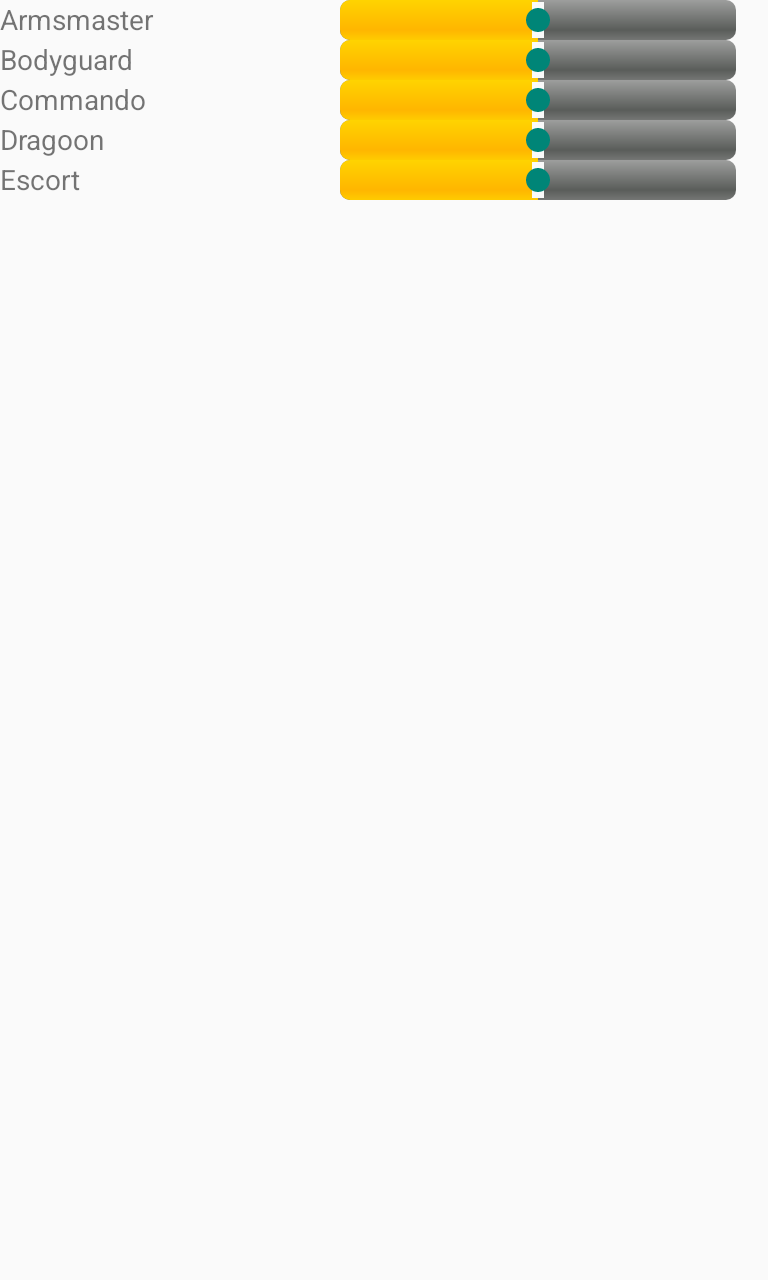
Repository: bryanpope/TARR
Layout: workspace/helloworld/res/layout/activity_hello_world.xml
The author's editor kept a copy of each file at every save. The layout is drawn from the files as they stood at one save, then again after the next save.
It is drawn on a 768 x 1280 px phone screen (xhdpi) without system bars, with theme AppTheme; the app's code is not run.

Above is the layout before, as saved 2014-06-01 20:24:49.

### workspace/helloworld/res/layout/activity_hello_world.xml
<LinearLayout xmlns:android="http://schemas.android.com/apk/res/android"
              android:layout_width="fill_parent"
              android:layout_height="fill_parent"
              android:orientation="vertical" >

	<LinearLayout
	    android:layout_width="fill_parent"
	    android:layout_height="wrap_content"
	    android:orientation="horizontal" >

	    <TextView android:id="@+id/textAttackArmsmaster"
              android:layout_width="wrap_content"
              android:layout_height="wrap_content"
		      android:layout_weight="0.90"
              android:text="Armsmaster" />
	    <SeekBar
	        android:id="@+id/seekBarAttackArmsmaster"
	        style="@android:style/Widget.ProgressBar.Horizontal"
	        android:layout_width="230dp"
	        android:layout_height="wrap_content"
	        android:max="50"
	        android:progress="25"
	        android:secondaryProgress="0" />
    </LinearLayout>
	<LinearLayout
              android:layout_width="fill_parent"
              android:layout_height="wrap_content"
              android:orientation="horizontal" >

    	<TextView android:id="@+id/textAttackBodyguard"
              android:layout_width="wrap_content"
              android:layout_height="wrap_content"
		      android:layout_weight="0.90"
              android:text="Bodyguard" />
	    <SeekBar
	        android:id="@+id/seekBarAttackBodyguard"
	        style="@android:style/Widget.ProgressBar.Horizontal"
	        android:layout_width="230dp"
	        android:layout_height="wrap_content"
	        android:max="50"
	        android:progress="25"
	        android:secondaryProgress="0" />
    </LinearLayout>
	<LinearLayout
              android:layout_width="fill_parent"
              android:layout_height="wrap_content"
              android:orientation="horizontal" >

    <TextView android:id="@+id/textAttackCommando"
              android:layout_width="wrap_content"
              android:layout_height="wrap_content"
		      android:layout_weight="0.90"
              android:text="Commando" />
	    <SeekBar
	        android:id="@+id/seekBarAttackCommando"
	        style="@android:style/Widget.ProgressBar.Horizontal"
	        android:layout_width="230dp"
	        android:layout_height="wrap_content"
	        android:max="50"
	        android:progress="25"
	        android:secondaryProgress="0" />
    </LinearLayout>
	<LinearLayout
              android:layout_width="fill_parent"
              android:layout_height="wrap_content"
              android:orientation="horizontal" >

    <TextView android:id="@+id/textAttackDragoon"
              android:layout_width="wrap_content"
              android:layout_height="wrap_content"
		      android:layout_weight="0.90"
              android:text="Dragoon" />
	    <SeekBar
	        android:id="@+id/seekBarAttackDragoon"
	        style="@android:style/Widget.ProgressBar.Horizontal"
	        android:layout_width="230dp"
	        android:layout_height="wrap_content"
	        android:max="50"
	        android:progress="25"
	        android:secondaryProgress="0" />
    </LinearLayout>

	<LinearLayout
	    android:layout_width="fill_parent"
	    android:layout_height="wrap_content"
	    android:orientation="horizontal" >

	    <TextView
	        android:id="@+id/textAttackEscort"
	        android:layout_width="wrap_content"
	        android:layout_height="wrap_content"
	        android:layout_weight="0.90"
	        android:text="Escort" />

	    <SeekBar
	        android:id="@+id/seekBarAttackEscort"
	        style="@android:style/Widget.ProgressBar.Horizontal"
	        android:layout_width="230dp"
	        android:layout_height="wrap_content"
	        android:max="50"
	        android:progress="25"
	        android:secondaryProgress="0" />
	</LinearLayout>

</LinearLayout>

Loaded but not shown: workspace/helloworld/res/values/styles.xml (common file); workspace/helloworld/res/values-v11/styles.xml (common file); workspace/helloworld/res/values-v14/styles.xml (common file)

After the next save:
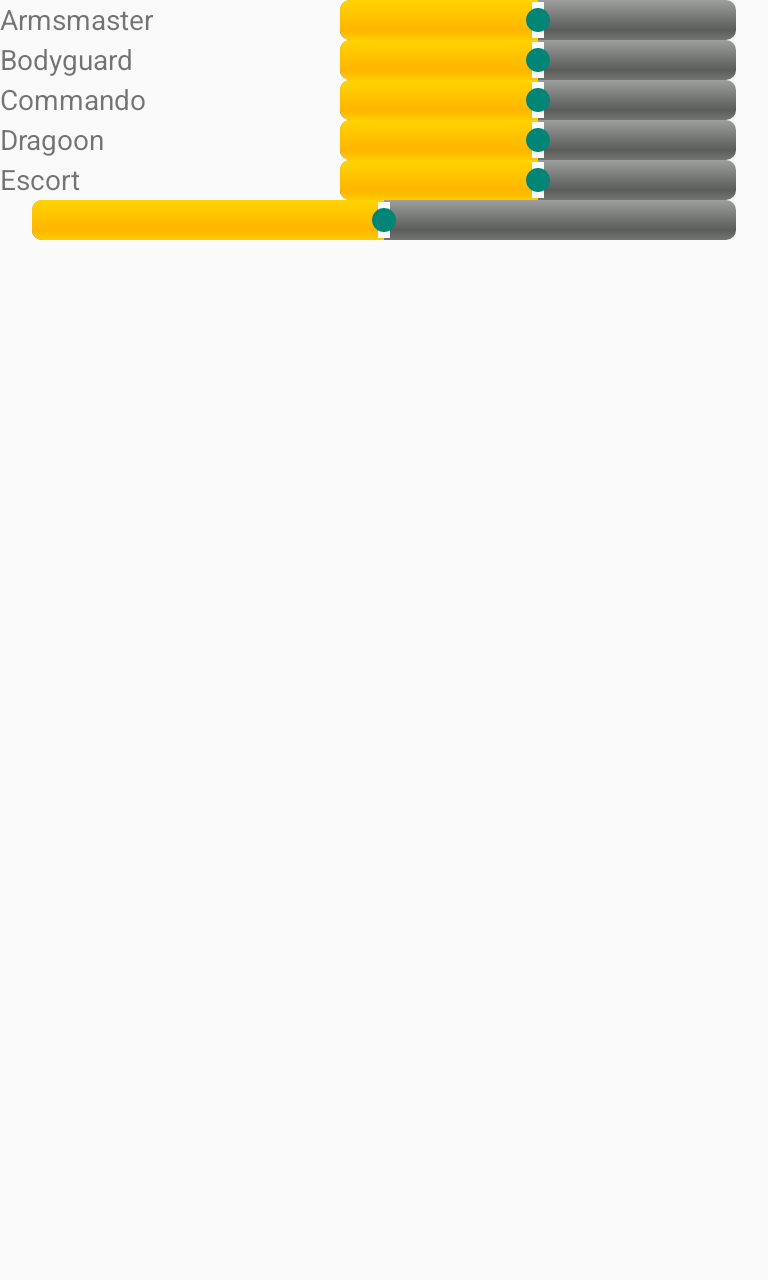
Saved 110 min 4 s later.
--- a/workspace/helloworld/res/layout/activity_hello_world.xml
+++ b/workspace/helloworld/res/layout/activity_hello_world.xml
@@ -102,4 +102,13 @@
 	        android:secondaryProgress="0" />
 	</LinearLayout>
 
+	    <SeekBar
+	        android:id="@+id/seekBarDistance"
+	        style="@android:style/Widget.ProgressBar.Horizontal"
+	        android:layout_width="fill_parent"
+	        android:layout_height="wrap_content"
+	        android:max="10"
+	        android:progress="5"
+	        android:secondaryProgress="0" />
+
 </LinearLayout>
